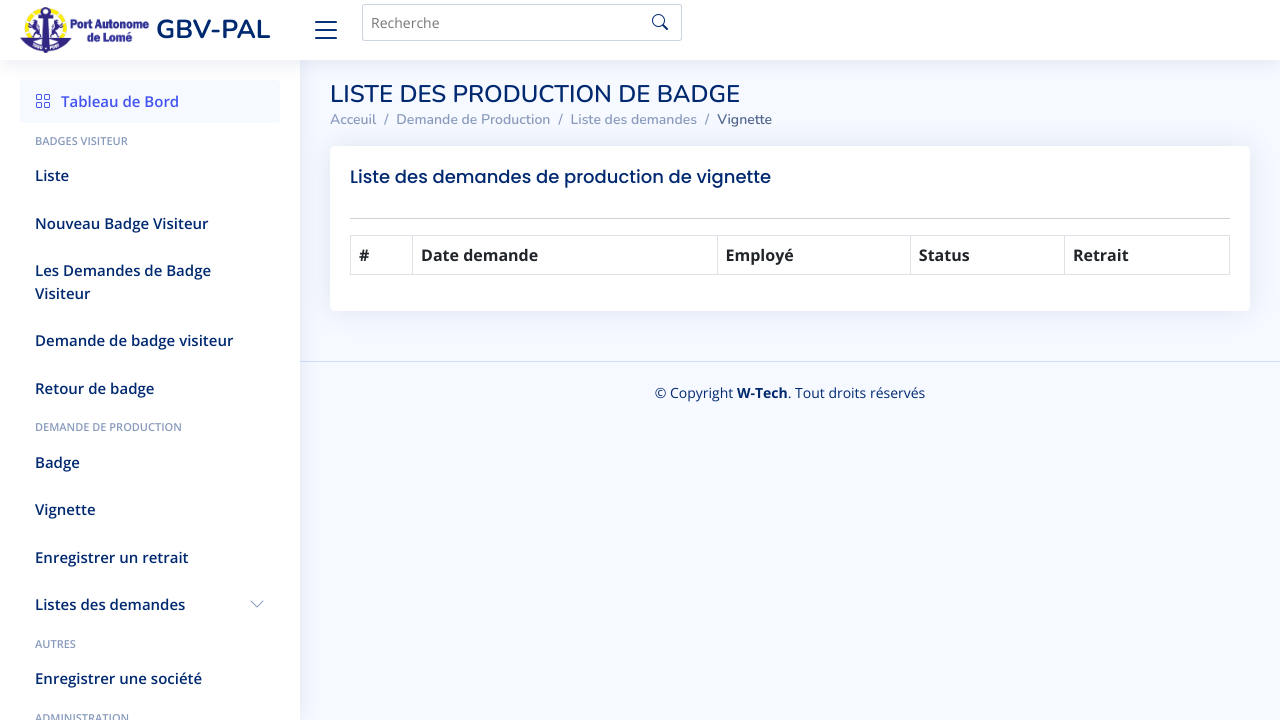
Repository: sh4dow28/gbv-pal-web
Page: http://localhost/registre/vignettes
The author's editor kept a copy of each file at every save. The page is drawn from the files as they stood at one save, then again after the next save.
The browser window is 1280 px wide. The pictures show the whole page.
The page is served by the project's Laravel application, run on PHP 8.4 with Laravel 9. Other server files are loaded and not shown. Queries for data that is not in the repository find no rows.

Above is the page before, as saved 2023-02-12 17:29:26.
Console error: TypeError: $(...).DataTable is not a function

### routes/web.php
<?php

use App\Http\Controllers\Admin\HomeController;
use App\Http\Controllers\Auth\RegisteredUserController;
use App\Http\Controllers\BadgeVisiteurController;
use App\Http\Controllers\DemandeBadgeVisiteurController;
use App\Http\Controllers\ProfileController;
use Illuminate\Support\Facades\Route;

/*
|--------------------------------------------------------------------------
| Web Routes
|--------------------------------------------------------------------------
|
| Here is where you can register web routes for your application. These
| routes are loaded by the RouteServiceProvider within a group which
| contains the "web" middleware group. Now create something great!
|
*/



Route::get('/dashboard', function () {
    return view('dashboard');
})->middleware(['auth'])->name('dashboard');

Route::middleware('auth')->group(function () {
    Route::get('register', [RegisteredUserController::class, 'create'])
        ->name('register');

    Route::post('register', [RegisteredUserController::class, 'store']);

    Route::get('/profile', [ProfileController::class, 'edit'])->name('profile.edit');
    Route::patch('/profile', [ProfileController::class, 'update'])->name('profile.update');
    Route::delete('/profile', [ProfileController::class, 'destroy'])->name('profile.destroy');
});



require __DIR__ . '/custom.php';
require __DIR__ . '/auth.php';

### routes/custom.php
<?php

use App\Http\Controllers\Admin\HomeController;
use App\Http\Controllers\BadgeVisiteurController;
use App\Http\Controllers\DemandeBadgeVisiteurController;
use App\Http\Controllers\DemandeProductionController;
use App\Http\Controllers\EmployeController;
use App\Http\Controllers\ProductionBadgeController;
use App\Http\Controllers\ProductionVignetteController;
use App\Http\Controllers\ProfileController;
use App\Http\Controllers\SocieteController;
use App\Http\Controllers\VisiteurController;
use App\Models\DemandeProduction;
use App\Models\Societe;
use Illuminate\Support\Facades\Route;

Route::controller(HomeController::class)->group(function () {
    Route::get('/', 'Dashboard')->name('home');
});
// Charger la lsite des badges visiteur
Route::get('/vbadges', [BadgeVisiteurController::class, 'index'])->name('vbadge.list');
// Ajouter badge visiteur
Route::get('/vbadge-create',  [BadgeVisiteurController::class, 'create'])->name('vbadge.create');
Route::post('/vbadge-store', [BadgeVisiteurController::class, 'store'])->name('vbadge.store');
// Afficher un badge visiteur
Route::get('/visitor-badge/{$id}', [BadgeVisiteurController::class, 'show'])->name('vbadge.edit');
// Modifier un badge visiteur
Route::patch('/visitor-badge/{$id}', [BadgeVisiteurController::class, 'show'])->name('vbadge.show');
// Supprimer un badge visiteur
Route::get('/delete-visitor-badge/{idVBadge}', [BadgeVisiteurController::class, 'destroy'])->name('vbadge.remove');
// Ajout Demande de badge visiteur
Route::get('/all-visitor-badge-request', [DemandeBadgeVisiteurController::class, 'index'])->name('vbadge.request');
Route::get('/visitor-badge-request', [DemandeBadgeVisiteurController::class, 'create'])->name('vbadge.request.create');
Route::post('/visitor-badge-request', [DemandeBadgeVisiteurController::class, 'store'])->name('vbadge.request.store');
Route::post('/visitor-badge-return', [DemandeBadgeVisiteurController::class, 'end'])->name('vbadge.request.return');

Route::get('/profile', function () {
    return view('pages.users-profile');
})->name('profile');
Route::get('/newuser', function () {
    return view('pages.create-user');
})->name('new-user');
Route::get('/users', function () {
    return view('pages.user-list');
})->name('users-list');

Route::get('/societies', [SocieteController::class, 'index'])->name('societies');
Route::get('/societies/create', [SocieteController::class, 'create'])->name('societe.create');
Route::post('/societies/store', [SocieteController::class, 'store'])->name('societe.store');
Route::get('/societies/view', [SocieteController::class, 'show'])->name('societe.show');

Route::get('/employees', [EmployeController::class, 'index'])->name('employees');
Route::get('/visitors', [VisiteurController::class, 'index'])->name('visiteurs');


Route::get('/badge/create', [ProductionBadgeController::class, 'create'])->name('badge.create');
Route::get('/productions/badge/requests', [ProductionBadgeController::class, 'index'])->name('productions.badges');
Route::get('/registre/badges', [ProductionBadgeController::class, 'registre'])->name('registre.badges');
Route::post('/production-badge/store', [DemandeProductionController::class, 'store'])->name('badge.store');
Route::post('/production/retrait/badge', [ProductionBadgeController::class, 'edit'])->name('badge.retrait');

Route::get('/vignette/create', [ProductionVignetteController::class, 'create'])->name('vignette.create');
Route::get('/productions/vignettes/request', [ProductionVignetteController::class, 'index'])->name('productions.vignettes');
Route::get('/registre/vignettes', [ProductionVignetteController::class, 'registre'])->name('registre.vignettes');
Route::post('/production-vignette/store', [DemandeProductionController::class, 'store'])->name('vignette.store');
Route::post('/production/retrait/vignette', [ProductionVignetteController::class, 'withdrawal'])->name('vignette.retrait');

Route::middleware('auth')->group(function () {
});

### routes/auth.php
<?php

use App\Http\Controllers\Auth\AuthenticatedSessionController;
use App\Http\Controllers\Auth\ConfirmablePasswordController;
use App\Http\Controllers\Auth\EmailVerificationNotificationController;
use App\Http\Controllers\Auth\EmailVerificationPromptController;
use App\Http\Controllers\Auth\NewPasswordController;
use App\Http\Controllers\Auth\PasswordController;
use App\Http\Controllers\Auth\PasswordResetLinkController;
use App\Http\Controllers\Auth\RegisteredUserController;
use App\Http\Controllers\Auth\VerifyEmailController;
use Illuminate\Support\Facades\Route;

Route::middleware('guest')->group(function () {
    Route::get('login', [AuthenticatedSessionController::class, 'create'])
        ->name('login');

    Route::post('login', [AuthenticatedSessionController::class, 'store']);

    Route::get('forgot-password', [PasswordResetLinkController::class, 'create'])
        ->name('password.request');

    Route::post('forgot-password', [PasswordResetLinkController::class, 'store'])
        ->name('password.email');

    Route::get('reset-password/{token}', [NewPasswordController::class, 'create'])
        ->name('password.reset');

    Route::post('reset-password', [NewPasswordController::class, 'store'])
        ->name('password.store');
});

Route::middleware('auth')->group(function () {
    Route::get('verify-email', [EmailVerificationPromptController::class, '__invoke'])
        ->name('verification.notice');

    Route::get('verify-email/{id}/{hash}', [VerifyEmailController::class, '__invoke'])
        ->middleware(['signed', 'throttle:6,1'])
        ->name('verification.verify');

    Route::post('email/verification-notification', [EmailVerificationNotificationController::class, 'store'])
        ->middleware('throttle:6,1')
        ->name('verification.send');

    Route::get('confirm-password', [ConfirmablePasswordController::class, 'show'])
        ->name('password.confirm');

    Route::post('confirm-password', [ConfirmablePasswordController::class, 'store']);

    Route::put('password', [PasswordController::class, 'update'])->name('password.update');

    Route::post('logout', [AuthenticatedSessionController::class, 'destroy'])
        ->name('logout');
});

### app/Http/Controllers/ProductionVignetteController.php
<?php

namespace App\Http\Controllers;

use App\Models\DemandeProduction;
use App\Models\ProductionVignette;
use Illuminate\Http\Request;
use Illuminate\Support\Facades\DB;
use Illuminate\Support\Facades\Validator;

class ProductionVignetteController extends Controller
{
    /**
     * Display a listing of the resource.
     *
     * @return \Illuminate\Http\Response
     */
    public function index()
    {
        $data = DemandeProduction::with(['employe', 'badges'])->where('typeProd', '=', 'vignette')->latest()->get();
        return view('pages.productions-vignettes', compact('data'));
    }

    public function registre()
    {
        $data = DemandeProduction::with(['employe', 'badges'])->where('typeProd', '=', 'vignette')->latest()->get();
        return view('pages.registre-vignette', compact('data'));
    }

    /**
     * Show the form for creating a new resource.
     *
     * @return \Illuminate\Http\Response
     */
    public function create()
    {
        return view('pages.production-vignette');
    }

    /**
     * Store a newly created resource in storage.
     *
     * @param  \Illuminate\Http\Request  $request
     * @return \Illuminate\Http\Response
     */
    public function store(Request $request)
    {
        //
    }

    /**
     * Display the specified resource.
     *
     * @param  \App\Models\ProductionVignette  $productionVignette
     * @return \Illuminate\Http\Response
     */
    public function show(ProductionVignette $productionVignette)
    {
        //
    }

    public function withdrawal(Request $request)
    {
        $messages = [
            'idProd.required'       => 'Le numero de production est requis.',
            'idProd.exists'         => 'Le numero de production est introuvable.',
            'noVignette.required'   => 'Le numero de la vignette est requis.',
            'noVignette.unique'     => 'Le numero de vignette existe déjà.',
        ];
        $rules = [
            'idProd'        => 'bail|required|exists:vignettes_production',
            'noVignette'    => 'bail|required|unique:vignettes_production',
        ];
        $validator = Validator::make($request->all(), $rules, $messages);
        if ($validator->stopOnFirstFailure()->fails()) {
            return redirect()
                ->back()
                ->withErrors($validator)
                ->withInput();
        }
        $vignette = DB::update('update tbl_demande_production,vignettes_production set vignettes_production.noVignette = :noVignette, tbl_demande_production.statProd = :stat where tbl_demande_production.idProd = vignettes_production.idProd and tbl_demande_production.idProd = :idProd', ['noVignette' => $request->noVignette, 'stat' => 'Terminé', 'idProd' => $request->idProd]);
        return back()->with('message', 'Opération effectuée avec succès !');
    }

    /**
     * Show the form for editing the specified resource.
     *
     * @param  \App\Models\ProductionVignette  $productionVignette
     * @return \Illuminate\Http\Response
     */
    public function edit(ProductionVignette $productionVignette)
    {
        //
    }

    /**
     * Update the specified resource in storage.
     *
     * @param  \Illuminate\Http\Request  $request
     * @param  \App\Models\ProductionVignette  $productionVignette
     * @return \Illuminate\Http\Response
     */
    public function update(Request $request, ProductionVignette $productionVignette)
    {
        //
    }

    /**
     * Remove the specified resource from storage.
     *
     * @param  \App\Models\ProductionVignette  $productionVignette
     * @return \Illuminate\Http\Response
     */
    public function destroy(ProductionVignette $productionVignette)
    {
        //
    }
}

### app/Models/DemandeProduction.php
<?php

namespace App\Models;

use Illuminate\Database\Eloquent\Factories\HasFactory;
use Illuminate\Database\Eloquent\Model;

class DemandeProduction extends Model
{
    use HasFactory;
    protected $table = 'tbl_demande_production';
    protected $fillable = [
        'zoneAcc',
        'typeProd',
        'statProd',
        'codeUtil',
        'idEmp',
    ];
    public function employe()
    {
        return $this->belongsTo(Employe::class, 'idEmp', 'idEmp');
    }

    public function utilisateur()
    {
        return $this->belongsTo(User::class);
    }

    public function badges()
    {
        return $this->hasMany(ProductionBadge::class, 'idProd', 'idProd');
    }

    public function vignettes()
    {
        return $this->hasMany(ProductionVignette::class, 'idProd', 'idProd');
    }
}

### resources/views/pages/registre-vignette.blade.php
@inject('carbon', 'Carbon\Carbon')
@extends('layout.app')
@section('pagetitle')
    GBV-PAL | Liste des productions de vignette
@endsection
<style>
    .dt-buttons button.dt-button {}
</style>
@section('content')
    <main id="main" class="main">

        <div class="pagetitle">
            <h1>LISTE DES PRODUCTION DE BADGE</h1>
            <nav>
                <ol class="breadcrumb">
                    <li class="breadcrumb-item"><a href=" {{ route('home') }} ">Acceuil</a></li>
                    <li class="breadcrumb-item">Demande de Production</li>
                    <li class="breadcrumb-item">Liste des demandes</li>
                    <li class="breadcrumb-item active">Vignette</li>
                </ol>
            </nav>
        </div><!-- End Page Title -->

        <section class="section">
            <div class="row">
                <div class="col-lg-12">

                    <div class="card">
                        @if ($errors->any())
                            <div class="card-header text-center">
                                <div class="alert alert-danger">
                                    <ul>
                                        @foreach ($errors->all() as $error)
                                            <li>{{ $error }}</li>
                                        @endforeach
                                    </ul>
                                </div>
                            </div>
                        @endif
                        @if (session()->has('message'))
                            <div class="card-header text-center">
                                <div class="alert alert-success">
                                    {{ session()->get('message') }}
                                </div>
                            </div>
                        @endif
                        <div class="card-body">
                            <h5 class="card-title">Liste des demandes de production de vignette</h5>
                            <hr />
                            <!-- Default Table -->
                            <table id="vbadge-list-table" class="table table-bordered table-hover">
                                <thead>
                                    <tr>
                                        <th scope="col">#</th>
                                        <th scope="col">Date demande</th>
                                        <th scope="col">Employé</th>
                                        <th scope="col">Status</th>
                                        <th scope="col">Retrait</th>
                                    </tr>
                                </thead>
                                <tbody>
                                    @foreach ($data as $row)
                                        <tr>
                                            <td scope="row">
                                                {{ $row->idProd }}
                                            </td>
                                            <th scope="row">
                                                {{ $carbon::parse($row->created_at)->format('d/m/Y') }}
                                            </th>
                                            <td scope="row">
                                                {{ $row->employe->nomEmp . ' ' . $row->employe->prenomEmp }}
                                            </td>
                                            <td scope="row">
                                                {{ $row->statProd }}
                                            </td>
                                            <td scope="row" class="text-center">
                                                @if ($row->statProd != 'Terminé')
                                                    <a class="btn btn-success cursor-pointer " data-bs-toggle="modal"
                                                        data-bs-target="#returnbadgemodal">
                                                        <i class="bi bi-check-circle"></i>
                                                    </a>
                                                @else
                                                    <i>Retiré</i>
                                                @endif
                                            </td>
                                        </tr>
                                    @endforeach
                                </tbody>
                            </table>
                            <!-- End Default Table Example -->
                        </div>
                    </div>

                </div>
            </div>
        </section>

    </main><!-- End #main -->
    <script>
        $(document).ready(function() {
            $('#vbadge-list-table').DataTable({
                dom: 'Blfrtip',
                "language": {
                    "search": "Recherche :",
                    "lengthMenu": "Afficher _MENU_ lignes",
                    "info": "Affichage de _START_ à _END_ des _TOTAL_ lignes",
                    "zeroRecords": "Aucune ligne trouvées.",
                    "paginate": {
                        "first": "Début",
                        "last": "Fin",
                        "next": "Suivant",
                        "previous": "Précédent"
                    },
                },
                "lengthMenu": [
                    [5, 10, 25, 50, -1],
                    [5, 10, 25, 50, "All"]
                ],
                buttons: [{
                        extend: 'copy',
                        text: 'Copier',
                    },
                    {
                        extend: 'excel',
                        text: 'Exporter en Excel',
                        title: 'Liste des sociétés',
                    },
                    {
                        extend: 'pdfHtml5',
                        download: 'open',
                        text: 'Exporter en PDF',
                        title: 'Liste des sociétés',
                    },
                    {
                        extend: 'print',
                        text: 'Imprimer',
                        customize: function(win) {
                            $(win.document.body)
                                .css('font-size', '10pt')
                                .prepend(
                                    '<img src="{{ URL::asset('img/logo-pal.png') }}" style="position:absolute; top:25%; left:38%; opacity:0.5;" />'
                                );

                            $(win.document.body).find('table')
                                .addClass('compact')
                                .css('font-size', 'inherit');
                        }
                    }
                ]
            });
        });
    </script>
@endsection

### resources/views/layout/app.blade.php
<!DOCTYPE html>
<html lang="en">

<head>
    <meta charset="utf-8">
    <meta content="width=device-width, initial-scale=1.0" name="viewport">
    <title>
        @yield('pagetitle')
    </title>
    <meta content="" name="description">
    <meta content="" name="keywords">
    <!-- Favicons -->
    <link href="assets/img/favicon.png" rel="icon">
    <link href="assets/img/apple-touch-icon.png" rel="apple-touch-icon">
    <!-- Google Fonts -->
    <link href="https://fonts.gstatic.com" rel="preconnect">
    <link
        href="https://fonts.googleapis.com/css?family=Open+Sans:300,300i,400,400i,600,600i,700,700i|Nunito:300,300i,400,400i,600,600i,700,700i|Poppins:300,300i,400,400i,500,500i,600,600i,700,700i"
        rel="stylesheet">
    <!-- Vendor CSS Files -->
    <link href="{{ URL::asset('vendor/bootstrap/css/bootstrap.min.css') }}" rel="stylesheet">
    <link href="{{ URL::asset('vendor/bootstrap-icons/bootstrap-icons.css') }}" rel="stylesheet">
    <link href="{{ URL::asset('vendor/boxicons/css/boxicons.min.css') }}" rel="stylesheet">
    <link href="{{ URL::asset('vendor/quill/quill.snow.css') }}" rel="stylesheet">
    <link href="{{ URL::asset('vendor/quill/quill.bubble.css') }}" rel="stylesheet">
    <link href="{{ URL::asset('vendor/remixicon/remixicon.css') }}" rel="stylesheet">
    <link href="{{ URL::asset('vendor/data-tables/datatables.min.css') }}" rel="stylesheet">
    <!-- Template Main CSS File -->
    <link href="{{ URL::asset('css/style.css') }}" rel="stylesheet">

    <script src="{{ URL::asset('js/jquery-3.5.1.js') }}"></script>
</head>

<body>

    @include('partials._header')

    @include('partials._sidebar')

    @yield('content')

    @include('partials._footer')

    <a href="#" class="back-to-top d-flex align-items-center justify-content-center"><i
            class="bi bi-arrow-up-short"></i></a>

    <script src="{{ URL::asset('js/script.js') }}"></script>
    <!-- Vendor JS Files -->
    <script src="{{ URL::asset('vendor/apexcharts/apexcharts.min.js') }}"></script>
    <script src="{{ URL::asset('vendor/bootstrap/js/bootstrap.bundle.min.js') }}"></script>
    <script src="{{ URL::asset('vendor/chart.js/chart.min.js') }}"></script>
    <script src="{{ URL::asset('vendor/echarts/echarts.min.js') }}"></script>
    <script src="{{ URL::asset('vendor/quill/quill.min.js') }}"></script>
    <script src="{{ URL::asset('vendor/data-tables/datatables.min.js') }}"></script>
    <script src="{{ URL::asset('vendor/tinymce/tinymce.min.js') }}"></script>
    <script src="{{ URL::asset('vendor/php-email-form/validate.js') }}"></script>


    <!-- Template Main JS File -->
    <script src="{{ URL::asset('js/main.js') }}"></script>

</body>

</html>

### resources/views/partials/_footer.blade.php
<!-- ======= Footer ======= -->
<footer id="footer" class="footer">
    <div class="copyright">
        &copy; Copyright <strong><span>W-Tech</span></strong>. Tout droits réservés
    </div>
</footer><!-- End Footer -->

Loaded but not shown: app/Http/Controllers/Controller.php (common file); public/js/jquery-3.5.1.js (library); public/js/main.js (319 lines, source omitted); public/css/style.css (1249 lines, source omitted); resources/views/partials/_header.blade.php (227 lines, source omitted); resources/views/partials/_sidebar.blade.php (138 lines, source omitted)

After the next save:
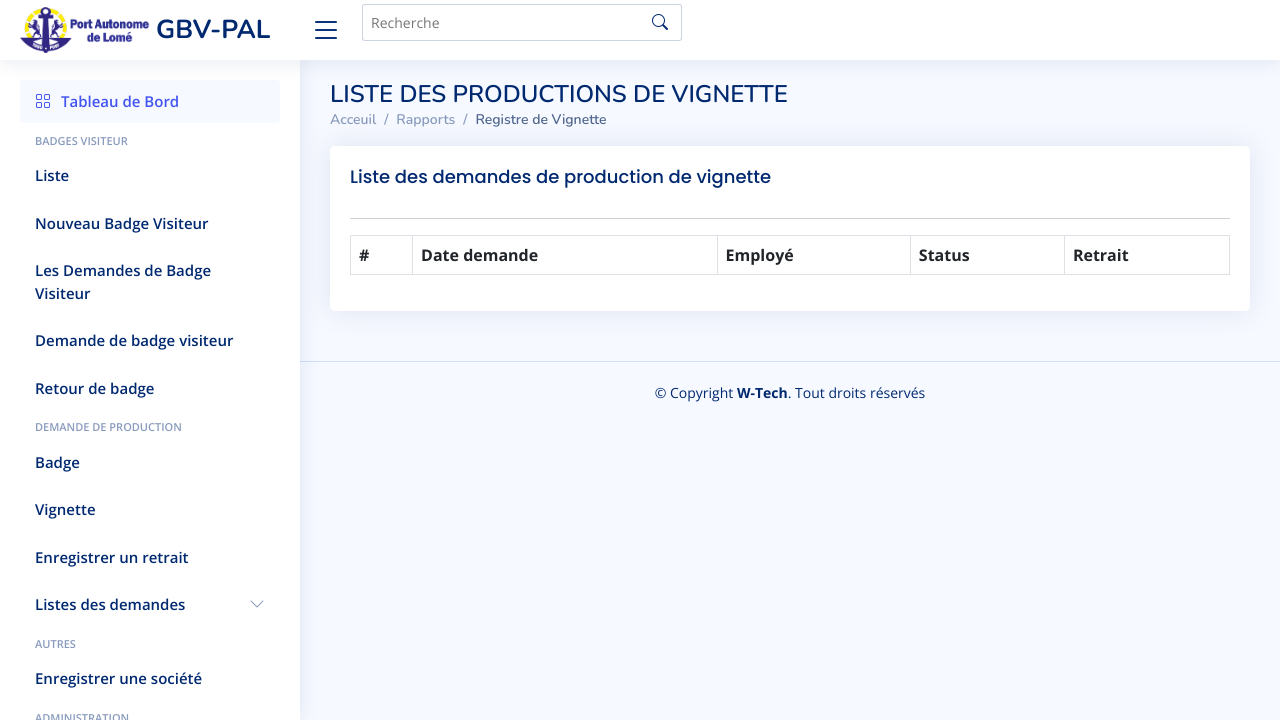
Saved 14 min 2 s later.
--- a/resources/views/pages/registre-vignette.blade.php
+++ b/resources/views/pages/registre-vignette.blade.php
@@ -10,13 +10,12 @@
     <main id="main" class="main">
 
         <div class="pagetitle">
-            <h1>LISTE DES PRODUCTION DE BADGE</h1>
+            <h1>LISTE DES PRODUCTIONS DE VIGNETTE</h1>
             <nav>
                 <ol class="breadcrumb">
                     <li class="breadcrumb-item"><a href=" {{ route('home') }} ">Acceuil</a></li>
-                    <li class="breadcrumb-item">Demande de Production</li>
-                    <li class="breadcrumb-item">Liste des demandes</li>
-                    <li class="breadcrumb-item active">Vignette</li>
+                    <li class="breadcrumb-item">Rapports</li>
+                    <li class="breadcrumb-item active">Registre de Vignette</li>
                 </ol>
             </nav>
         </div><!-- End Page Title -->
